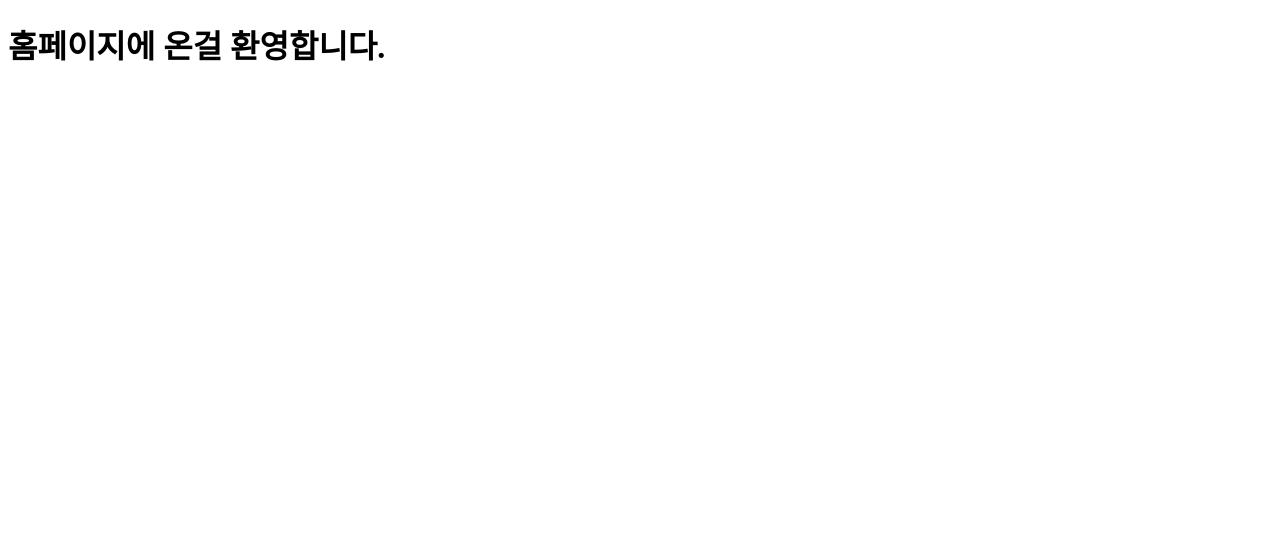
Repository: pokrogo2/test_repository
Page: http://localhost/ex_model2/
These files come from the project's save history. The page is drawn as it stood at one moment and after a run of saves; the edit follows.
The browser window is 1280 px wide. The pictures show the whole page.
The page is served by Tomcat 9.

Above is the page before, as saved 2021-06-12 18:08:01.

After the next 3 saves:
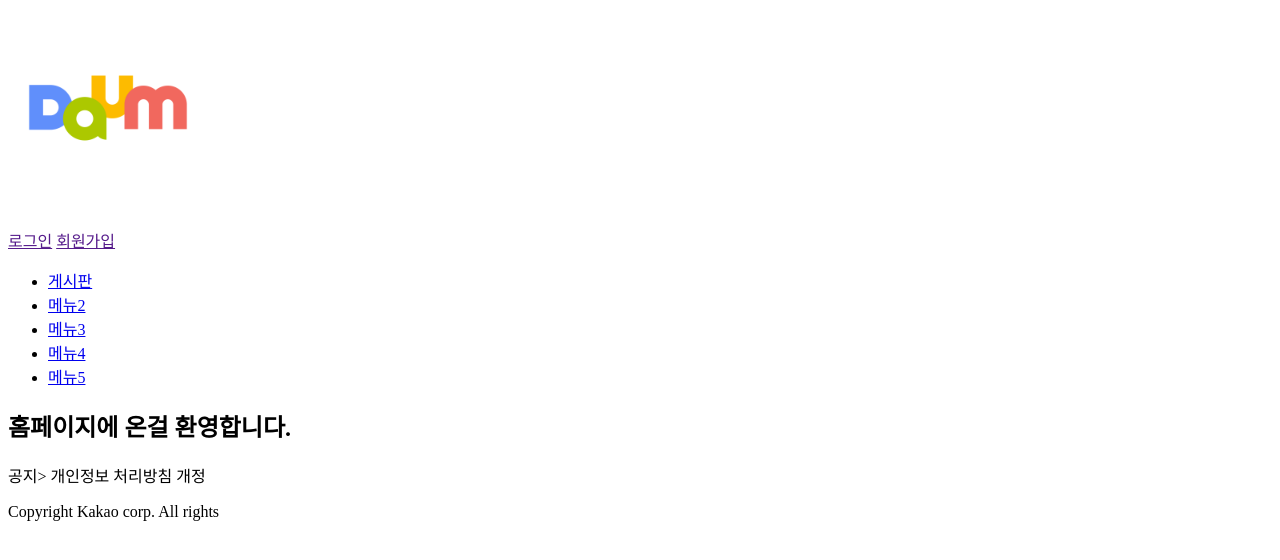
The 3 saves are shown as one change because 2 did not build or start.
The last was saved 3 min 19 s later.
--- a/ex_model2/WebContent/index.jsp
+++ b/ex_model2/WebContent/index.jsp
@@ -7,7 +7,9 @@
 <title>Insert title here</title>
 </head>
 <body>
+<% request.setCharacterEncoding("utf-8"); %>
+<%@ include file="layout/header.jsp"%>
+
 <h1> 홈페이지에 온걸 환영합니다.</h1>
 
-</body>
-</html>
+<%@include file="layout/footer.jsp"%>
